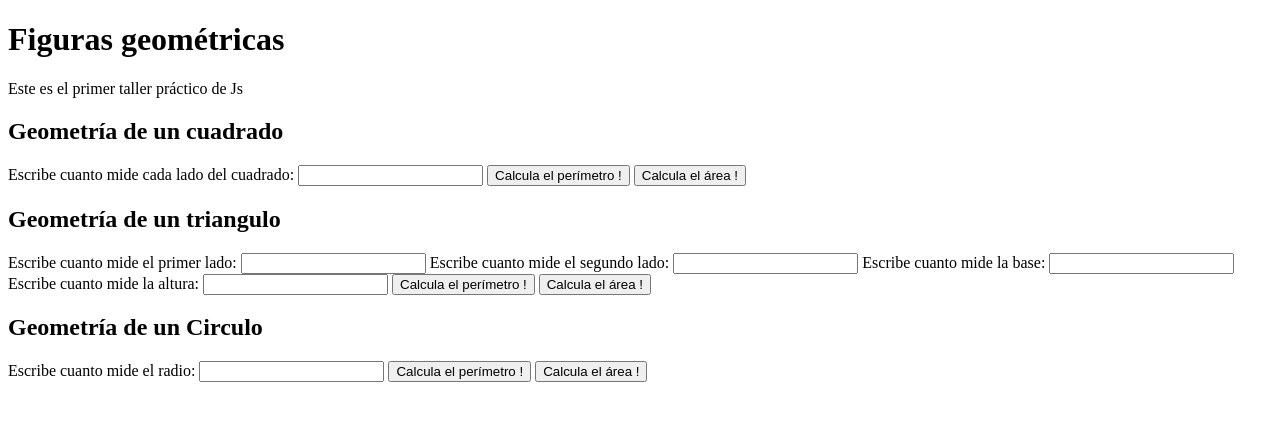
Repository: ChristianGecchelin/javascript-project
Page: javascript-project/figuras-geometricas/figuras.html
An editor plug-in stored every save of this project. The page is shown before and after the next save, followed by the edit.
The browser window is 1280 px wide. The pictures show the whole page.

Above is the page before, as saved 2021-12-01 13:26:11.

### javascript-project/figuras-geometricas/figuras.html
<!DOCTYPE html>
<html lang="en">
  <head>
    <meta charset="UTF-8" />
    <meta http-equiv="X-UA-Compatible" content="IE=edge" />
    <meta name="viewport" content="width=device-width, initial-scale=1.0" />
    <title>Figuras geométricas | Proyecto 1</title>
  </head>
  <body>
    <header>
      <h1>Figuras geométricas</h1>
      <p>Este es el primer taller práctico de Js</p>
    </header>
    <section>
      <h2>Geometría de un cuadrado</h2>
      <form action="">
        <label for="">Escribe cuanto mide cada lado del cuadrado:</label>
        <input type="number" id="inputCuadrado" />
        <button type="button" onclick="calcularPerimetroCuadrado()">
          Calcula el perímetro !
        </button>
        <button type="button" onclick="calcularAreaCuadrado()">
          Calcula el área !
        </button>
        <!-- type button, para quitarle el submit por defecto y que no me redireccione a ningun lado -->
      </form>
    </section>
    <section>
      <h2>Geometría de un triangulo</h2>
      <form action="">
        <label for="">Escribe cuanto mide el primer lado:</label>
        <input type="number" id="inputLado1" />
        <label for="">Escribe cuanto mide el segundo lado:</label>
        <input type="number" id="inputLado2" />
        <label for="">Escribe cuanto mide la base:</label>
        <input type="number" id="inputBase" />
        <label for="">Escribe cuanto mide la altura:</label>
        <input type="number" id="inputAltura" />
        <button type="button" onclick="calcularPerimetroTriangulo()">
          Calcula el perímetro !
        </button>
        <button type="button" onclick="calcularAreaTriangulo()">
          Calcula el área !
        </button>
        <!-- type button, para quitarle el submit por defecto y que no me redireccione a ningun lado -->
      </form>
    </section>
    <section>
      <h2>Geometría de un Circulo</h2>
      <form action="">
        <label for="">Escribe cuanto mide el radio:</label>
        <input type="number" id="inputRadio" />
        <button type="button" onclick="calcularPerimetroCirculo()">
          Calcula el perímetro !
        </button>
        <button type="button" onclick="calcularAreaCirculo()">
          Calcula el área !
        </button>
        <!-- type button, para quitarle el submit por defecto y que no me redireccione a ningun lado -->
      </form>
    </section>
    <script src="./figurasConFunciones.js"></script>
  </body>
</html>

### javascript-project/figuras-geometricas/figurasConFunciones.js
/* Codigo del cuadrado */
console.group("Cuadrado");
function perimetroCuadrado(lado) {
  return lado * 4;
}
/* console.log(`Perimetro del cuadrado es: ${perimetroCuadrado} cm.`); */
function areaCuadrado(lado) {
  return (
    lado ** 2
  ); /* debe estar escrito de igual manera el parametro que el return */
}

/* console.log(`El area del cuadrado es: ${areaCuadrado} cm^2.`); */
console.groupEnd();

/* Codigo del triangulo */
console.group("Triangulo");

function perimetroTriangulo(lado1, lado2, base) {
  return lado1 + lado2 + base;
}
function calcularAltura(lado1, lado2, lado3) {
  let ladosIguales;
  let ladoBase;
  let altura;

  if (
    lado1 + lado2 <= lado3 ||
    lado1 + lado3 <= lado2 ||
    lado2 + lado3 <= lado1
  ) {
    alert("Tu triangulo no existe");
  } else {
    switch (true) {
      case ladoA === ladoB:
        ladosIguales = ladoA;
        ladoBase = ladoC;
        break;
      case ladoA === ladoC:
        ladosIguales = ladoA;
        ladoBase = ladoB;
        break;
      case ladoC === ladoB:
        ladosIguales = ladoB;
        ladoBase = ladoA;
        break;
    }
    if (!ladosIguales) {
      alert("Tu triangulo no es isosceles, ingresa la altura");
    } else {
      altura = Math.sqrt(ladosIguales ** 2 - ladoBase ** 2);
    }
  }
  return altura;
}
function areaTriangulo(base, altura) {
  return (base * altura) / 2;
}
console.groupEnd();

//Codigo Circulo
console.group("Circulo");
function diametroCirculo(radio) {
  return radio * 2;
}
const pi = Math.PI;
function circunferencia(radio) {
  const diametro = diametroCirculo(radio);
  /* llamo a una funcion dentro de otra y creo una variable que tiene alcance local */
  return diametro * pi;
}
function superficieCirculo(radio) {
  return pi * radio ** 2;
}

console.groupEnd();
/* Creo una funcion, que a traves del id obtengo lo que el usuario ingreso en el input. y con eso le saco el value que le paso
a la funcion que cree antes y es la encargada de hacer el calculo para luego mostrarse en un aler */
function calcularPerimetroCuadrado() {
  const input = document.getElementById("inputCuadrado");
  const value = input.value;
  const perimetro = perimetroCuadrado(value);
  alert(perimetro);
}
function calcularAreaCuadrado() {
  const input = document.getElementById("inputCuadrado");
  const value = input.value;
  const area = areaCuadrado(value);
  alert(area);
}

function calcularPerimetroTriangulo() {
  const inputLado1 = document.getElementById("inputLado1");
  const valueLado1 = Number(inputLado1.value);
  const inputLado2 = document.getElementById("inputLado2");
  const valueLado2 = Number(inputLado2.value);
  const inputBase = document.getElementById("inputBase");
  const valueBase = Number(inputBase.value);
  /* Es importante ponerle number porque por mas que el input tenga type number, este lo transforma como un string */
  const perimetro = perimetroTriangulo(valueLado1, valueLado2, valueBase);
  alert(perimetro);
}

function calcularAlturaaTriangulo() {
  const inputLado1 = document.getElementById("inputLado1");
  const valueLado1 = Number(inputLado1.value);
  const inputLado2 = document.getElementById("inputLado2");
  const valueLado2 = Number(inputLado2.value);
  const inputBase = document.getElementById("inputBase");
  const valueBase = Number(inputBase.value);
  const alturaTriangulo = areaTriangulo(valueLado1, valueLado2, valueBase);
  alert(alturaTriangulo);
}

function calcularAreaTriangulo() {
  const inputAltura = document.getElementById("inputAltura");
  const valueAltura = Number(inputAltura.value);
  const inputBase = document.getElementById("inputBase");
  const valueBase = inputBase.value;
  const area = areaTriangulo(valueAltura, valueBase);
  alert(area);
}

function calcularPerimetroCirculo() {
  const inputRadio = document.getElementById("inputRadio");
  const valueRadio = inputRadio.value;
  const perimetro = circunferencia(valueRadio);
  alert(perimetro);
}
function calcularAreaCirculo() {
  const inputRadio = document.getElementById("inputRadio");
  const valueRadio = inputRadio.value;
  const superficie = superficieCirculo(valueRadio);
  alert(superficie);
}

After the next save:
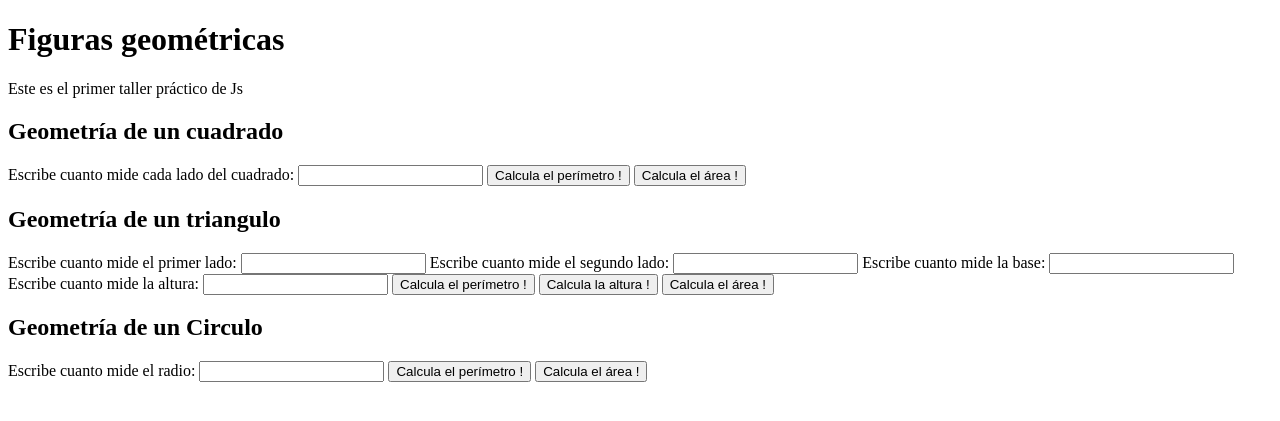
Saved 43 s later.
--- a/javascript-project/figuras-geometricas/figuras.html
+++ b/javascript-project/figuras-geometricas/figuras.html
@@ -39,6 +39,9 @@
         <button type="button" onclick="calcularPerimetroTriangulo()">
           Calcula el perímetro !
         </button>
+        <button type="button" onclick="calcularAlturaTriangulo()">
+          Calcula la altura !
+        </button>
         <button type="button" onclick="calcularAreaTriangulo()">
           Calcula el área !
         </button>
